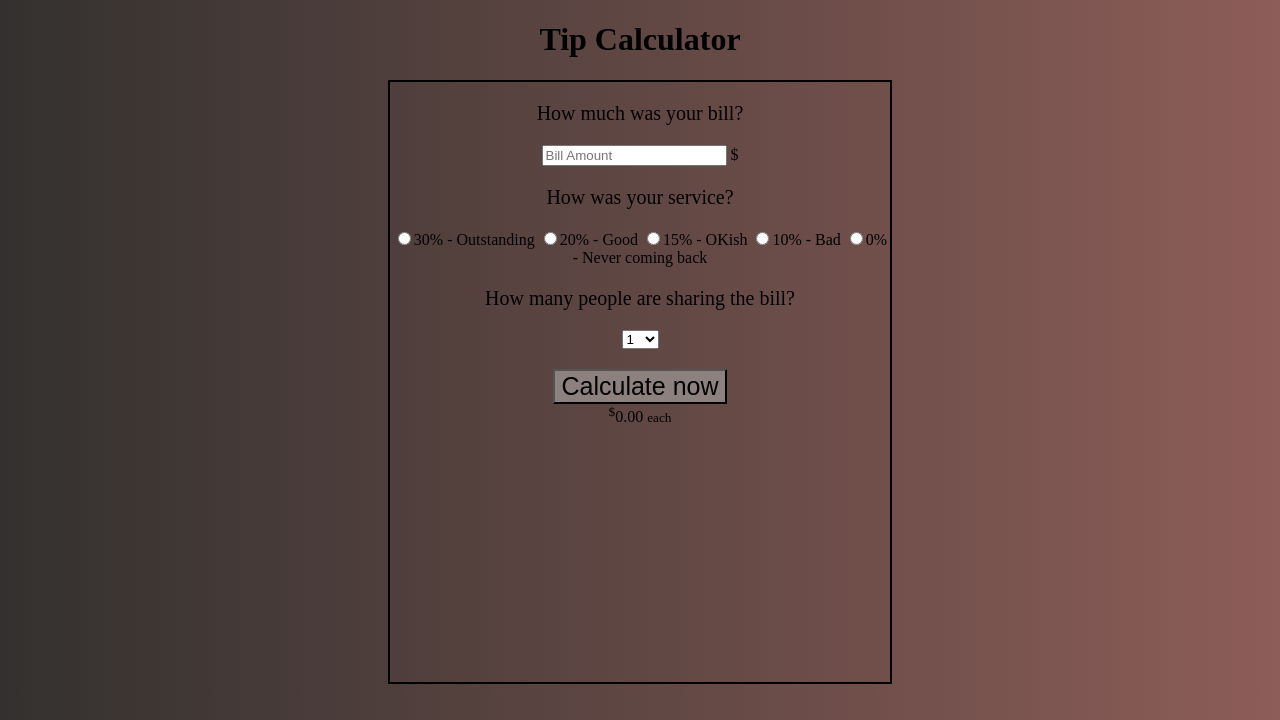
Repository: NiutaR/tip-calculator
Page: index.html
These files come from the project's save history. The page is drawn as it stood at one moment and after the next save; the edit follows.
The browser window is 1280 px wide. The pictures show the whole page.

Above is the page before, as saved 2021-07-28 17:50:04.

After the next save:
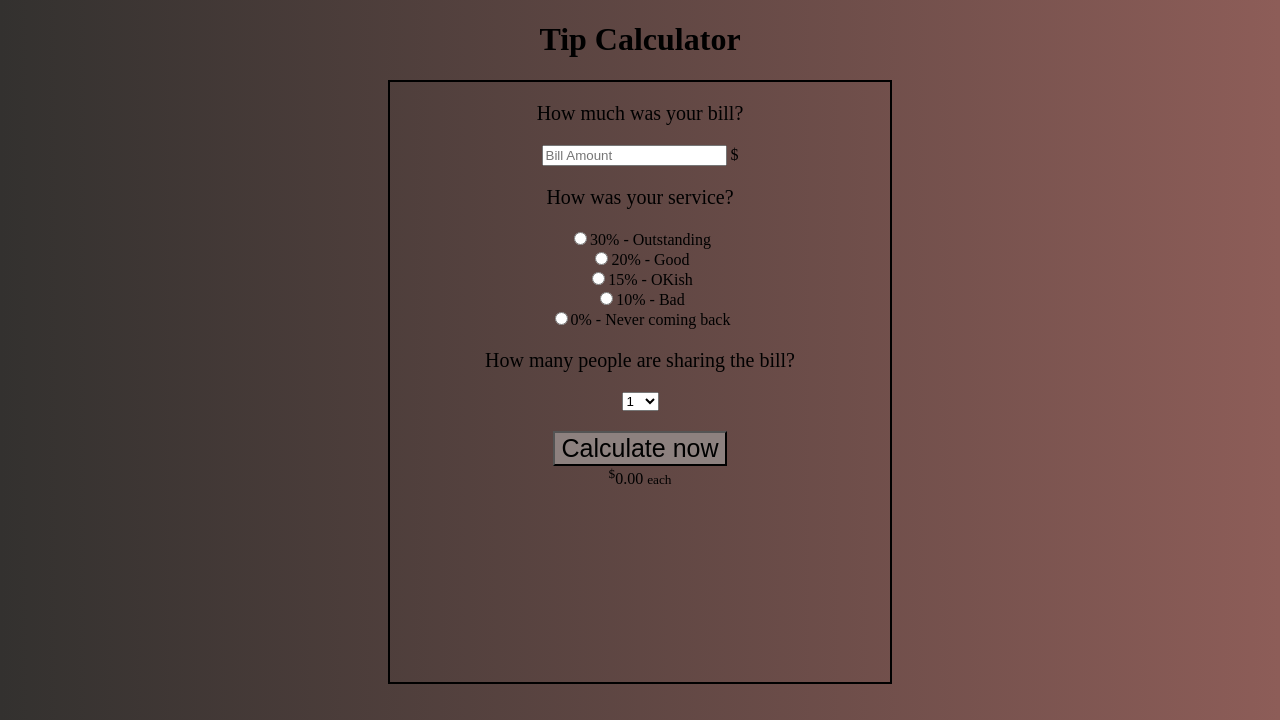
Saved 6 s later.
--- a/style.css
+++ b/style.css
@@ -16,7 +16,7 @@ h1 {
     margin: 0 auto;
 }
 label {
-    display: inline;
+    display: block;
 }
 p {
     font-size: 20px;
